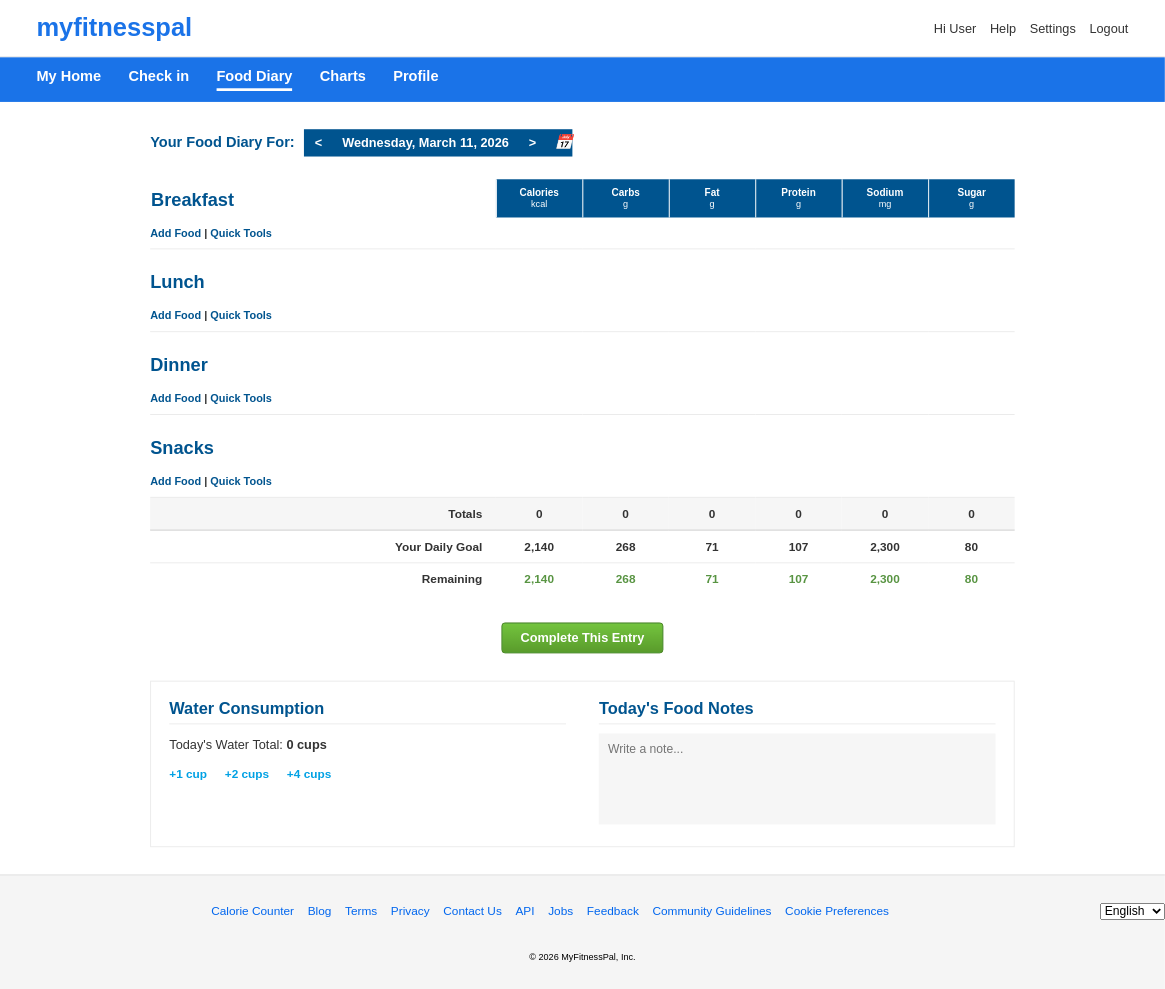
Repository: kem85/Web-Project
Page: Food-Diary.html
These files come from the project's save history. The page is drawn as it stood at one moment and after the next save; the edit follows.
The browser window is 1280 px wide. The pictures show the whole page, at 91% of full size.

Above is the page before, as saved 2026-03-11 15:12:37.

After the next save:
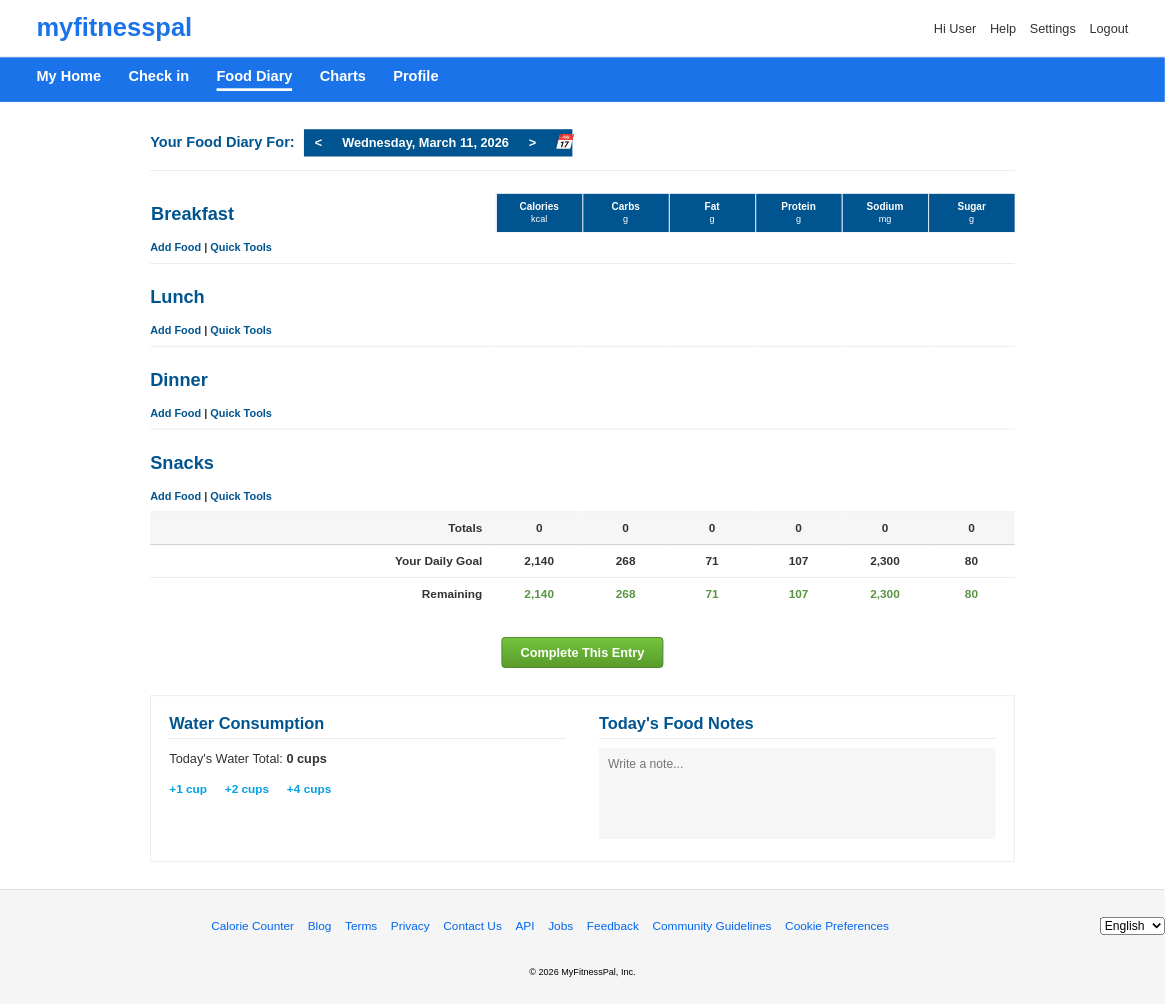
Saved 9 s later.
--- a/style.css
+++ b/style.css
@@ -133,6 +133,8 @@
   display: flex;
   align-items: center;
   margin-bottom: 25px;
+  padding-bottom: 15px; /* Add this */
+  border-bottom: 1px solid #eaeaea; /* Add this */
 }
 
 .diary-header > span {
